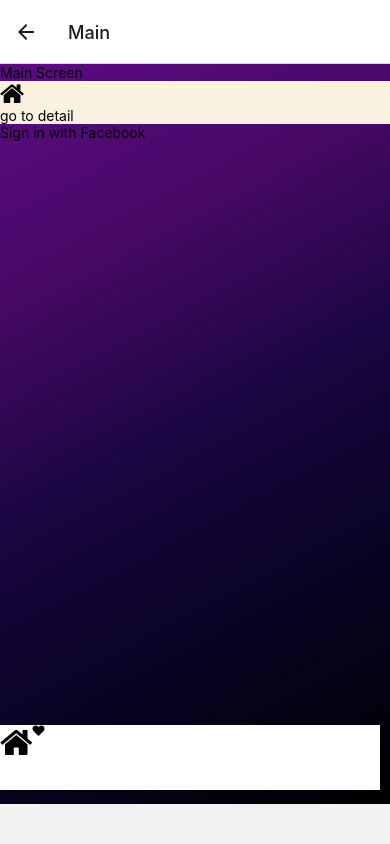
Repository: eyebone/barManager
Screen: /Main
These files come from the project's save history. The screen is drawn as it stood at one moment and after a run of saves; the edit follows.
The app was drawn by React Native's web renderer in a window 390 px wide. The project was rebuilt for these pictures with package versions that can differ from the ones it lists, and the page was loaded fresh each time. Some packages were replaced by stand-ins written for this rebuild. Also part of the build but not shown: components/EmojiPicker.js, components/Button.js, components/ImageViewer.js, components/circleButton.js, components/IconButton.js, view/ViewOne.js, view/Sign.js.

Above is the screen before, as saved 2023-06-26 17:15:18.

### App.js
// In App.js in a new project

import * as React from "react";
import { Button, View, Text, StyleSheet, Pressable, Alert } from "react-native";
// import React-native from 'react-native';
import { NavigationContainer } from "@react-navigation/native";
import { createNativeStackNavigator } from "@react-navigation/native-stack";
import { ViewOne } from "./view/ViewOne";
import { SignView } from "./view/Sign";
import { LinearGradient } from "expo-linear-gradient";
import FontAwesome from "react-native-vector-icons/FontAwesome";
import { MainView } from "./view/Main";

function HomeScreen({ navigation }) {
  return (
    <View style={styles.container}>
      <LinearGradient
        start={{ x: 0, y: 0 }}
        end={{ x: 1, y: 1 }}
        colors={["#5c0b82", "#480965", "#190641", "#070320", "#000000"]}
        style={styles.linearGradient}
      >
        <Text>Home Screen</Text>
        <Pressable
          style={(styles.button, { backgroundColor: "#faf2de" })}
          onPress={() => navigation.push("test")}
        >
          <FontAwesome name="home" size={26} style={{ paddingRight: 8 }} />
          <Text>go to detail</Text>
        </Pressable>

        <Button
          title="Go to Sign"
          onPress={() => navigation.navigate("sign")}
        />
        <Text style={styles.buttonText}>Sign in with Facebook</Text>
      </LinearGradient>
    </View>
  );
}

const Stack = createNativeStackNavigator();

function App() {
  return (
    <NavigationContainer style={styles.container}>
      <Stack.Navigator initialRouteName="Home">
        <Stack.Screen
          name="Home"
          component={HomeScreen}
          // options={{ title: "Overview", backgroundColor: "transparent" }}
          options={{ headerShown: false }}
        />
        <Stack.Screen name="test" component={ViewOne} />
        <Stack.Screen name="sign" component={SignView}
          options={{ headerShown: false }}
        />
        <Stack.Screen name="Main" component={MainView} />
      </Stack.Navigator>
    </NavigationContainer>
  );
}

export default App;

const styles = StyleSheet.create({
  container: {
    flex: 1,
    flexDirection: "column",
    backgroundColor: "#000000",
    //    alignItems: 'center',
  },
  linearGradient: {
    height: 740,
  },
  button: {
    borderRadius: 10,
    width: 300,
    height: 30,
    alignItems: "center",
    justifyContent: "center",
    flexDirection: "row",
  },
});

### view/Main.js
// 这是主界面

import { useState } from "react";
import { StatusBar } from "expo-status-bar";
import { StyleSheet, View } from "react-native";
import * as ImagePicker from "expo-image-picker";
import EmojiPicker from "../components/EmojiPicker";
import Button from "../components/Button";
import ImageViewer from "../components/ImageViewer";
import CircleButton from "../components/circleButton";
import IconButton from "../components/IconButton";
import { NavigationContainer } from "@react-navigation/native";
import { createNativeStackNavigator } from "@react-navigation/native-stack";
import { Text, Pressable } from "react-native";
import { NavigationBar } from "../components/NavigationBar";
import { LinearGradient } from "expo-linear-gradient";
import FontAwesome from "react-native-vector-icons/FontAwesome";

export function MainView({ navigation }) {
  return (
    <LinearGradient
      start={{ x: 0, y: 0 }}
      end={{ x: 1, y: 1 }}
      colors={["#5c0b82", "#480965", "#190641", "#070320", "#000000"]}
      style={styles.linearGradient}
    >
      <Text>Main Screen</Text>
      <Pressable
        style={(styles.button, { backgroundColor: "#faf2de" })}
        onPress={() => navigation.push("Home")}
      >
        <FontAwesome name="home" size={26} style={{ paddingRight: 8 }} />
        <Text>go to detail</Text>
      </Pressable>

      <Text style={styles.buttonText}>Sign in with Facebook</Text>
      <NavigationBar />
    </LinearGradient>
  );
}

const styles = StyleSheet.create({
  container: {
    flex: 1,
    flexDirection: "column",
    backgroundColor: "#000000",
    //    alignItems: 'center',
  },
  linearGradient: {
    height: 740,
  },
  button: {
    borderRadius: 10,
    width: 300,
    height: 30,
    alignItems: "center",
    justifyContent: "center",
    flexDirection: "row",
  },
});

### components/NavigationBar.js
//这是底部导航栏
import { StatusBar } from "expo-status-bar";
import { StyleSheet, View, Text } from "react-native";
import Button from "../components/Button";
import ImageViewer from "../components/ImageViewer";
import * as ImagePicker from "expo-image-picker";
import { useState } from "react";
const PlaceholderImage = require("../assets/images/background-image.png");
import * as React from "react";
import FontAwesome from "react-native-vector-icons/FontAwesome";
import {
  FlatList,
  Image,
  Platform,
  Pressable,
  PixelRatio,
  TextInput,
  Alert,
} from "react-native";
import { NavigationContainer } from "@react-navigation/native";
import { createNativeStackNavigator } from "@react-navigation/native-stack";
import { LinearGradient } from "expo-linear-gradient";

export function NavigationBar({navigation}) {
    return (
      <View style={styles.bar}>
        <Pressable style={{}}>
          <FontAwesome name="home" size={35}></FontAwesome>
        </Pressable>
        <Pressable>
          <FontAwesome name="heart"></FontAwesome>
        </Pressable>
      </View>
    );
}

const styles = StyleSheet.create({
    bar:{
        width: 380,
        height: 65,
        backgroundColor: "#fff",
        marginTop: 584,
        flexDirection: "row"
    },
})

After the next 2 saves:
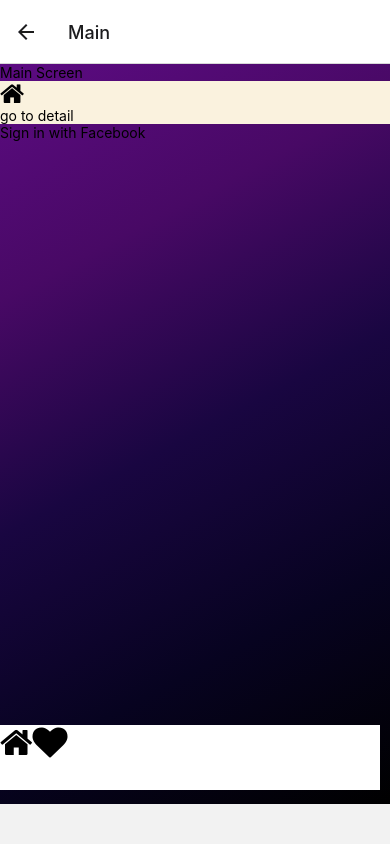
The 2 saves are shown as one change because they came seconds apart.
The last was saved 10 s later.
--- a/components/NavigationBar.js
+++ b/components/NavigationBar.js
@@ -28,7 +28,7 @@ export function NavigationBar({navigation}) {
           <FontAwesome name="home" size={35}></FontAwesome>
         </Pressable>
         <Pressable>
-          <FontAwesome name="heart"></FontAwesome>
+          <FontAwesome name="heart" size={35}></FontAwesome>
         </Pressable>
       </View>
     );
